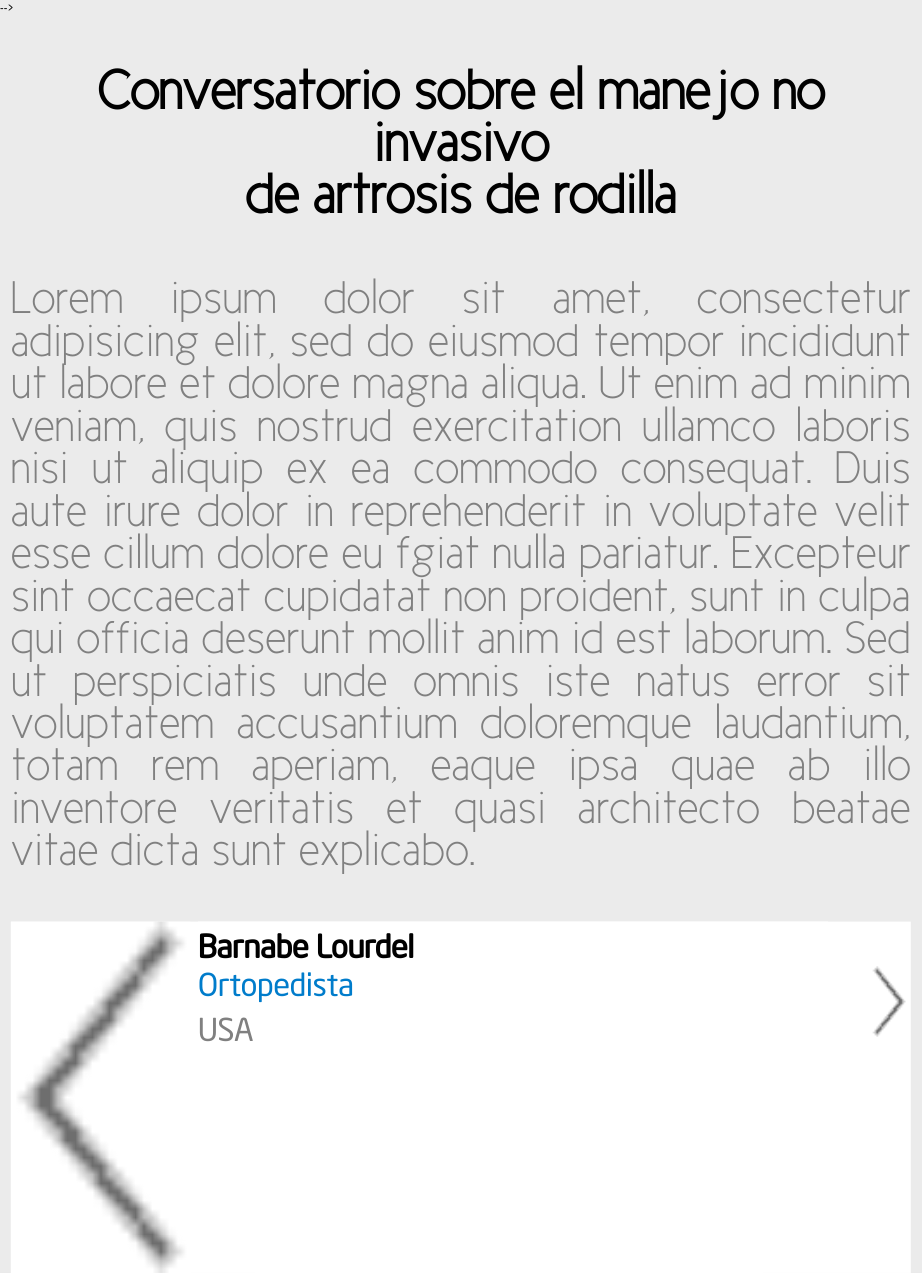
Repository: pacoigloo/Anexia
Page: home.html
The author's editor kept a record of every edit. The page is drawn from the files as they stood at one moment, then again after the next edit.
The browser window is 1280 px wide. The pictures show the whole page, at 72% of full size.

Above is the page before.

### home.html
<!doctype html>
<html>
<head>
    <meta charset="UTF-8">
    <meta name="viewport" content="width=device-width, initial-scale=1">
    <title>Anexia</title>
    <link rel="stylesheet" href="css/layout.css">
</head>
<body>-->
    <div id= "centralHome" class="centralRow">
    <h3>Conversatorio sobre el manejo no invasivo <br> de artrosis de rodilla</h3>
    <p>
        Lorem ipsum dolor sit amet, consectetur adipisicing elit,
        sed do eiusmod tempor incididunt ut labore et dolore magna aliqua.
        Ut enim ad minim veniam, quis nostrud exercitation ullamco laboris nisi ut aliquip ex ea commodo consequat.
        Duis aute irure dolor in reprehenderit in voluptate velit esse cillum dolore eu fgiat nulla pariatur.
        Excepteur sint occaecat cupidatat non proident, sunt in culpa qui officia deserunt mollit anim id est laborum.
        Sed ut perspiciatis unde omnis iste natus error sit voluptatem accusantium doloremque laudantium,
        totam rem aperiam, eaque ipsa quae ab illo inventore veritatis et quasi architecto beatae vitae dicta sunt explicabo.
    </p>
</div>
<div id="btnContainer">
    <div id="btnUno" class="btn"><img class="imgDoc" src="img/flecha-izquierda.png"></img><div class="btnTexto"><p class="nombre">Barnabe Lourdel</p><p class="prof">Ortopedista</p> <p class="pais">USA</p></div><img class="imgFlecha" id="flechaDer" src="img/flecha-derecha.png"></img></div>
</div>

</body>

### css/layout.css
@charset "UTF-8";
@font-face{
    font-family: 'NeoSans-Regular';
    src: url('../fonts/NeoSansIntel.ttf') format('truetype');
}

@font-face{
    font-family: 'NewCicle-Fina';
    src: url('../fonts/NewCicleFina.ttf') format('truetype');
}

body{
    margin: 0;
    font-family: 'NeoSans-Regular';
    overflow-x: hidden;
    background-color: #ebebeb;
}

#page-header{
    margin-top: 0;
    color: #fff;
    text-align: center;
    position: relative;
    width: 100%;
    background-image: url("../img/header-fondo.jpg");
    background-repeat: repeat-y;
    background-position: center top;
    background-attachment:fixed;
    background-size: 100%;
}
#page-header > img{
    position: absolute;
    left: 1vw;
    top: 20px;
    width: 7vw;
}

#page-header > h1{
    margin: 0;
    font-size: 12vw;
    font-weight: normal;
}

#page-header > h3{
    margin: 0;
    padding-top: 20px;
    font-size: 4.5vw;
    font-weight: normal;
}

#menu-flotante{
    background-color: rgb(42,42,42);
    background-color: rgba(42,42,42,0.95);
    position: absolute;
    min-height: 100%;
    height: auto;
    top: 0;
    width: 80vw;
    text-align: center;
    color: #fff;
    display: none;
    z-index: 12;
}

#menu-flotante > img{
    width: 15vw;
    margin-top: 5vh;
}

#menu-flotante > h4{
    font-size: 7vw;
    margin-top: 1vh;
    font-weight: normal;
}

#menu-flotante a{
    color: #fff;
    text-decoration: none;
    font-size: 6vw;
    font-family: 'NewCicle-Fina';
    z-index: 12;
}

#menu-flotante > div{
    padding: 2vw 0;
    border-top: 1px solid #444444;
    width: 85%;
    margin: 0 auto;
    text-align: left;
    z-index: 12;
}
#btnContainer{
    position:relative;
    background-color:white;
    margin-left:15px;
    margin-right:15px;
    /*width:94%;*/
}
#btnContainer > .btn{
    background-color:white;
    text-align:left;
    width:100%;
    cursor:pointer;
}
#btnContainer > .btn > .btnTexto{
    background-color:white;
    margin:0px;
    float:left;
    text-align:left;
    width:70%;
    cursor:pointer;
}
#btnContainer > .btn > .btnTexto> .nombre{
    font-size:3.4vw;
    margin-top:5px;
    margin-bottom:0px;
    font-weight:600;
    color: black;
}
#btnContainer > .btn > .btnTexto > .prof{
    font-size:3.4vw;
    font-weight:100;
    margin-top:0px;
    margin-bottom:0px;
    color: #007ccb;
}
#btnContainer > .btn > .btnTexto > .pais{
    font-size:3.4vw;
    font-weight:100;
    margin-top:8px;
    margin-bottom:5px;
    color: gray;
}
#calendario{
    overflow: auto;
    position:relative;
    float:left;
    top:0;
    bottom:0;
    height:70%;
}
#calendario li{
    margin: 0;
    padding: 0;
    height:15%;
}
#calendario ul{
    list-style-type: none;
    margin: 0;
    padding: 0;
}
#calendario button{
    background-color:#3F3F3F;
    color:#757575;
    border:0;
    font-family: 'NewCicle-Fina';
    font-size:3vw;
    height:24vw;
    width:20vw;
}

#jornadas{
    width:80%;
    float:right;
    position:relative;
}
#jornadas > div{
    border:30vw;
    padding:5%;
    padding-top:0;
}
#jornadas p{
    margin:3%;
    margin-left:7%;
    color:#8D8D8D;
}
#dia2, #dia3, #dia4, #dia5{
    display:none;
}
#jornadas #hora{
    color:#018BD4;
}
#contenT{
    font-size:3vw;
    background-color:white;
    padding:7%;
    overflow: auto;
}
#contenT p{
    margin:0;
}
#contenT #parrafo{
    position:relative;
    float:left;
}
#contenT #flecha{
    position:relative;
    float:right;
}
#contenT img{
    width:7%;
    height:7%;
}
#contenT #flecha{

    width:2%;
    height:5%;
}
#cover-menu{
    display: none;
    position: absolute;
    top: 0;
    z-index: 11;
    width: 100%;
    height: 100%;
}
/*Home*/
#centralHome {
    margin: 0px 15px 0px 15px;
}
#centralHome > h3{
    color: black;
    font-size:6vw;
    text-align : center;
    font-family: 'NewCicle-Fina';
}
#centralHome > p{
    font-size:5vw;
    font-weight:normal;
    color:gray;
    text-align:justify;
    font-family: 'NewCicle-Fina';
}
.imgDoc{
    background-color:white;
    margin-top:0px;
    margin-right:10px;
    width:20%;
    float:left;
}
.imgFlecha{
    background-color:white;
    float:right;
    margin-top:5%;
    margin-right:5px;
    width:4%;
}

#btnContainer > #btnUno{
    position:absolute;
    margin-bottom: 4vh;

}
/*Conferencista*/
.conferencista-header{
    background-color: #ffffff;
    border-bottom: 1px solid #b9b9b9;
    width: 100%;
    padding: 2vw;
    box-sizing: border-box;
}
.conferencista-header > img{
    width: auto;
    max-width: 30%;
}
.conferencista-header > div{
    display: inline-block;
    vertical-align: top;
    font-family: 'NewCicle-Fina';
    font-size: 4vw;
    max-width: 68%;
}
.conferencista-header > div > div{
    padding-left: 1vh;
    color: #007ccb;
}
.conferencista-header > div > div:first-of-type{
    padding: 1vh;
    font-weight: bold;
    color: #303030;
    font-size: 6vw;
}
.conferencista-header > div > div:last-of-type{
    padding-left: 1vh;
    padding-top: 1vh;
    color: #838383;
}
.conferencista-texto{
    margin: 1vh;
    padding: 3vh;
    border: 1px solid #dadada;
    box-sizing: border-box;
    text-align: justify;
    background-color: #fdfdfd;
    color: #454545;
    font-family: 'NewCicle-Fina';
    font-size: 6vw;
}
#conferencista-horario{
    margin: 1vh;
    border: 1px solid #dadada;
    box-sizing: border-box;
    background-color: #fdfdfd;
    color: #454545;
    font-family: 'NewCicle-Fina';
}
#horario-first{
    color: #007ccb;
    width: 90%;
    position: relative;
    margin: 0 auto;
    padding: 2vh 0;
    border-bottom: 1px solid #dbdbdb;
    font-size: 6vw;
}
#horario-first > img{
    width: auto;
    max-width: 6%;
}
#horario-first > div{
    display: inline-block;
}
#horario-first > div:last-of-type{
    float: right;
}
#horario-otro{
    margin: 2vh 4vh;
    font-size: 5vw;
    color: #838383;
}
#horario-otro > div:first-child{
    font-size: 6vw;
    font-weight: bold;
    color: #454545;
    padding-bottom: 1vh;
}
#imgTq{
    position:fixed;
    /*height:12%;*/
    width: auto;
    max-width: 30vw;
    bottom:0;
    right:0;
}
/*Sitios*/
#interContainer > h3{
    font-size:5vw;
    font-weight:100;
    margin-bottom:8px;
    text-align:center;
}

#interContainer > #mapContainer{
    position:relative;
    background-color:white;
    margin: 0px 15px 0px 15px;
    height:180px;
    width:92%;
    text-align:center;
}
#interContainer  > #mapContainer > div > #map{
    position:absolute;
    display: block;
    width:94%;
    height: 160px;
    padding:10px;
    /*margin: 4em auto;*/
    -moz-box-shadow: 0px 5px 20px #ccc;
    -webkit-box-shadow: 0px 5px 20px #ccc;
    box-shadow: 0px 5px 20px #ccc;
}


#inBtnContainer > table{
    margin-top: 15px;
    margin-left: 13px;
    border-collapse:separate;
    width:92%;
    text-align:center;
}

#inBtnContainer > table > tbody > tr > td{
    width:50%;
    cursor:pointer;
}

#inBtnContainer > table > tbody > tr > td > .tdIzq{
    padding:0px 8px 3px 0px;

}
#inBtnContainer > table > tbody > tr > td > .tdDer{
    padding:0px 0px 4px 8px;

}
#inBtnContainer > table > tbody > tr > td > img{
    width:100%;
}
/*Networking*/
#net-buscador{
    padding: 3vw;
    border-bottom: 1px solid #c6c6c6;
}
#net-buscador input{
    -webkit-border-radius: 4px;
    -moz-border-radius: 4px;
    border-radius: 4px;
    border: none;
    width: 100%;
    font-size: 5vw;
    color: #2b2b2b;
    text-align: center;
    padding: 1.5vw 0;
}
::-webkit-input-placeholder {
    color: #2b2b2b;
    background-image: url("../img/search.png");
    background-position: 25% 50%;
    background-repeat: no-repeat;
    background-size: 4%;
}
:-moz-placeholder { /* Firefox 18- */
    color: #2b2b2b;
    background-image: url("../img/search.png");
    background-position: 25% 50%;
    background-repeat: no-repeat;
    background-size: 4%;
}
::-moz-placeholder {  /* Firefox 19+ */
    color: #2b2b2b;
    background-image: url("../img/search.png");
    background-position: 25% 50%;
    background-repeat: no-repeat;
    background-size: 4%;
}
:-ms-input-placeholder {
    color: #2b2b2b;
    background-image: url("../img/search.png");
    background-position: 25% 50%;
    background-repeat: no-repeat;
    background-size: 4%;
}
.net-medico{
    background-color: #ffffff;
    margin: 3vw;
    position: relative;
    border-bottom: 1px solid #b9b9b9;
    font-family: 'NewCicle-Fina';
}
.net-medico > img:first-of-type{
    display: inline-block;
}
.net-medico > img:last-of-type{
    position: absolute;
    right: 1%;
    height: 30%;
    top: 37%;
}
.net-medico > div{
    display: inline-block;
    vertical-align: top;
    margin: 0 1vw;
}
.net-imagen{
    font-size: 6vw;
    margin-top: 2vw;
    font-weight: bold;
    color: #282828;
}
.net-especialidad{
    color: #007ccb;
    margin: 1vw 0;
    font-size: 5vw;
}
.net-pais{
    font-size: 5vw;
    color: #838383;
    margin: 3vw 0 2vw 0;
}
#net-medico1{
    cursor: pointer;
}
/*Detalle net medico*/
#detalle-contacto{
    margin: 1vh;
    margin-bottom: 10vh;
    padding: 3vh;
    border: 1px solid #dadada;
    box-sizing: border-box;
    text-align: justify;
    background-color: #fdfdfd;
    color: #454545;
    font-family: 'NewCicle-Fina';
    font-size: 6vw;
}
.detalle-metodo{
    position: relative;
}
.detalle-metodo:not(:first-child){
    padding: 2vh 0;
    border-top: 1px solid #dbdbdb;
}
.detalle-metodo:first-child{
    padding-bottom: 2vh;
}
.detalle-metodo > div{
    display: inline-block;
    padding-left: 5vw;
}
.detalle-metodo > img:last-of-type{
    position: absolute;
    height: 33%;
    top: 33%;
    right: 0;
}

After the next edit:
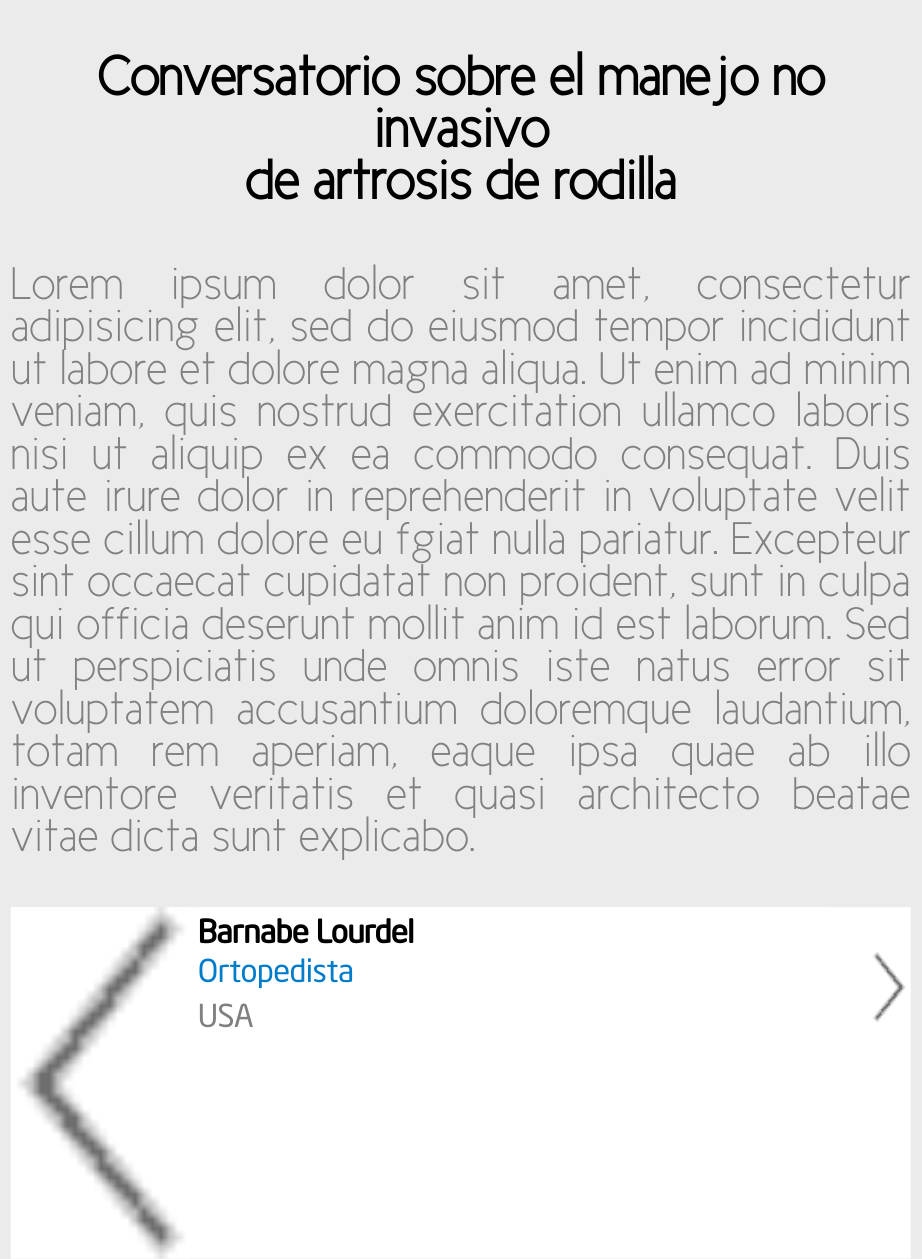
The edit:
--- a/home.html
+++ b/home.html
@@ -6,7 +6,7 @@
     <title>Anexia</title>
     <link rel="stylesheet" href="css/layout.css">
 </head>
-<body>-->
+<body>
     <div id= "centralHome" class="centralRow">
     <h3>Conversatorio sobre el manejo no invasivo <br> de artrosis de rodilla</h3>
     <p>
